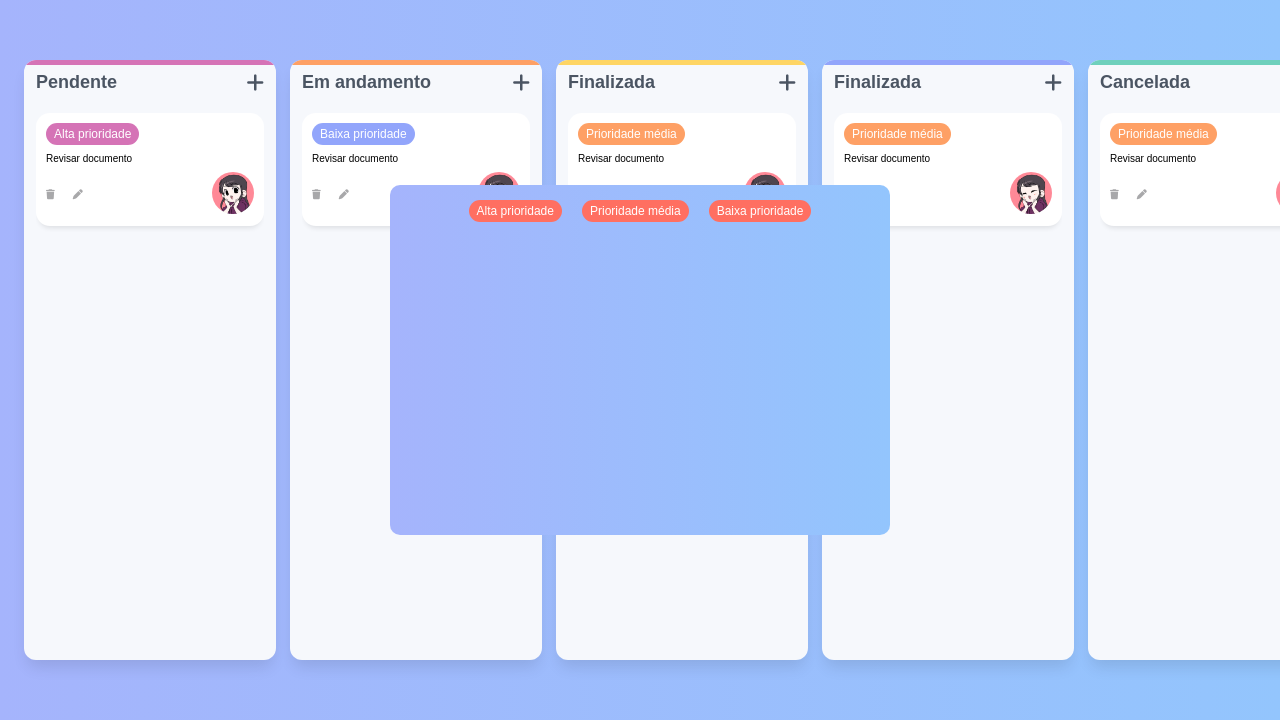
Repository: Marinalr-25/ProjetoToDoList
Page: index.html
The author's editor kept a copy of each file at every save. The page is drawn from the files as they stood at one save, then again after the next save.
The browser window is 1280 px wide. The pictures show the whole page.
Some web fonts or font styles are not loaded; a fallback is used. Some web libraries are served in a nearby version.

Above is the page before, as saved 2024-10-31 18:13:58.

### index.html
<!DOCTYPE html>
<html lang="pt-BR">
  <head>
    <meta charset="UTF-8" />
    <meta name="viewport" content="width=device-width, initial-scale=1.0" />
    <link rel="preconnect" href="https://fonts.googleapis.com" />
    <link rel="preconnect" href="https://fonts.gstatic.com" crossorigin />
    <link
      href="https://fonts.googleapis.com/css2?family=Playpen+Sans:wght@100..800&family=Roboto:ital,wght@0,100;0,300;0,400;0,500;0,700;0,900;1,100;1,300;1,400;1,500;1,700;1,900&display=swap"
      rel="stylesheet"
    />
    <link
      rel="stylesheet"
      href="https://cdnjs.cloudflare.com/ajax/libs/font-awesome/6.6.0/css/all.min.css"
      integrity="sha512-Kc323vGBEqzTmouAECnVceyQqyqdsSiqLQISBL29aUW4U/M7pSPA/gEUZQqv1cwx4OnYxTxve5UMg5GT6L4JJg=="
      crossorigin="anonymous"
      referrerpolicy="no-referrer"
    />
    <link rel="stylesheet" href="css/style.css" />
    <title>Suas tarefas</title>
  </head>
  <body>
    <main class="kanban">
      <!-- coluna 1 -->
      <div class="kanban-column" data-id="1">
        <div class="kanban-title">
          <h2>Pendente</h2>
          <button class="add-card"><i class="fa-solid fa-plus"></i></button>
        </div>
        <div class="kanban-cards">
          <div class="kanban-card" draggable="true">
            <div class="badge high">
              <span>Alta prioridade</span>
            </div>
            <p class="card-title">Revisar documento</p>
            <div class="card-infos">
              <div class="card-icons">
                <p>
                  <i class="fa-solid fa-trash"></i>
                </p>
                <p>
                  <i class="fa-solid fa-pen"></i>
                </p>
              </div>
              <div class="user">
                <img src="images/iconePerfil1.png" alt="avatar1" />
              </div>
            </div>
          </div>
        </div>
      </div>
      <!-- coluna 2 -->
      <div class="kanban-column" data-id="2">
        <div class="kanban-title">
          <h2>Em andamento</h2>
          <button class="add-card"><i class="fa-solid fa-plus"></i></button>
        </div>
        <div class="kanban-cards">
          <div class="kanban-card" draggable="true">
            <div class="badge low">
              <span>Baixa prioridade</span>
            </div>
            <p class="card-title">Revisar documento</p>
            <div class="card-infos">
              <div class="card-icons">
                <p>
                  <i class="fa-solid fa-trash"></i>
                </p>
                <p>
                  <i class="fa-solid fa-pen"></i>
                </p>
              </div>
              <div class="user">
                <img src="images/iconePerfil2.png" alt="avatar2" />
              </div>
            </div>
          </div>
        </div>
      </div>
      <!-- coluna 3 -->
      <div class="kanban-column" data-id="3">
        <div class="kanban-title">
          <h2>Finalizada</h2>
          <button class="add-card"><i class="fa-solid fa-plus"></i></button>
        </div>
        <div class="kanban-cards">
          <div class="kanban-card" draggable="true">
            <div class="badge medium">
              <span>Prioridade média</span>
            </div>
            <p class="card-title">Revisar documento</p>
            <div class="card-infos">
              <div class="card-icons">
                <p>
                  <i class="fa-solid fa-trash"></i>
                </p>
                <p>
                  <i class="fa-solid fa-pen"></i>
                </p>
              </div>
              <div class="user">
                <img src="images/iconePerfil2.png" alt="avatar2" />
              </div>
            </div>
          </div>
        </div>
      </div>
      <!-- coluna 4 -->
      <div class="kanban-column" data-id="4">
        <div class="kanban-title">
          <h2>Finalizada</h2>
          <button class="add-card"><i class="fa-solid fa-plus"></i></button>
        </div>
        <div class="kanban-cards">
          <div class="kanban-card" draggable="true">
            <div class="badge medium">
              <span>Prioridade média</span>
            </div>
            <p class="card-title">Revisar documento</p>
            <div class="card-infos">
              <div class="card-icons">
                <p>
                  <i class="fa-solid fa-trash"></i>
                </p>
                <p>
                  <i class="fa-solid fa-pen"></i>
                </p>
              </div>
              <div class="user">
                <img src="images/iconePerfil2.png" alt="avatar2" />
              </div>
            </div>
          </div>
        </div>
      </div>
      <!-- coluna 5 -->
      <div class="kanban-column" data-id="5">
        <div class="kanban-title">
          <h2>Cancelada</h2>
          <button class="add-card"><i class="fa-solid fa-plus"></i></button>
        </div>
        <div class="kanban-cards">
          <div class="kanban-card" draggable="true">
            <div class="badge medium">
              <span>Prioridade média</span>
            </div>
            <p class="card-title">Revisar documento</p>
            <div class="card-infos">
              <div class="card-icons">
                <p>
                  <i class="fa-solid fa-trash"></i>
                </p>
                <p>
                  <i class="fa-solid fa-pen"></i>
                </p>
              </div>
              <div class="user">
                <img src="images/iconePerfil2.png" alt="avatar2" />
              </div>
            </div>
          </div>
        </div>
      </div>

      <div class="adicionando">
        <div class="custom_radio">
          <input
            type="radio"
            name="prioridade"
            id="alta_prioridade"
            placeholder="Alta prioridade"
          />
          <label for="alta_prioridade">Alta prioridade</label>
        </div>
        <div class="custom_radio">
          <input
            type="radio"
            name="prioridade"
            id="media_prioridade"
            placeholder="Alta prioridade"
          />
          <label for="media_prioridade">Prioridade média </label>
        </div>
        <div class="custom_radio">
          <input
            type="radio"
            name="prioridade"
            id="baixa_prioridade"
            placeholder="Alta prioridade"
          />
          <label for="baixa_prioridade">Baixa prioridade</label>
        </div>
      </div>
    </main>
    <script src="javascript/script.js"></script>
  </body>
</html>

### css/style.css
* {
  padding: 0;
  margin: 0;
  box-sizing: border-box;
}

*::-webkit-scrollbar {
  width: 0.8rem;
}

*::-webkit-scrollbar-track {
  background-color: #eaeffa;
  border-radius: 0.8rem;
}
*::-webkit-scrollbar-thumb {
  background-color: #b7d3fb;
  border-radius: 2rem;
}

html {
  font-size: 62.5%;
}

body {
  font-family: 'Playpen Sans', sans-serif;
  min-height: 100vh;
  display: flex;
  justify-content: center;
  align-items: center;
  background: linear-gradient(90deg, #a5b4fc, #93c5fd);
}

.kanban {
  display: flex;
  gap: 1.4rem;
  padding: 2.4rem;
  width: 100%;
  height: 90vh;
  overflow-x: auto;
}

.kanban-column {
  display: flex;
  flex-direction: column;
  gap: 1.8rem;
  height: 100%;
  overflow-y: auto;
  background-color: #f6f8fc;
  border-radius: 1.2rem;
  box-shadow: 0 1rem 1.5rem -0.3rem rgba(0, 0, 0, 0.1);
  padding: 1.2rem;
  overflow: hidden;
  min-width: 25.2rem;
  position: relative;

  &::after {
    position: absolute;
    content: '';
    top: 0;
    left: 0;
    height: 0.5rem;
    width: 100%;
  }
  &[data-id='1']::after {
    background-color: #d573b6;
  }
  &[data-id='2']::after {
    background-color: #fea065;
  }
  &[data-id='3']::after {
    background-color: #fed565;
  }
  &[data-id='4']::after {
    background-color: #92a5fb;
  }
  &[data-id='5']::after {
    background-color: #6ed0bc;
  }
}

.kanban-title {
  display: flex;
  justify-content: space-between;

  & h2 {
    font-size: 1.8rem;
    color: #4b5563;
    font-weight: 600;
  }
}

.add-card {
  color: #4b5563;
  font-size: 2rem;
  background-color: transparent;
  cursor: pointer;
  border: none;
}

.kanban-cards {
  display: flex;
  flex-direction: column;
  gap: 0.8rem;
  height: 100%;
  overflow-x: hidden;
  overflow-y: auto;
}

.kanban-card {
  display: flex;
  flex-direction: column;
  gap: 0.8rem;
  background-color: #ffffff;
  padding: 1rem;
  border-radius: 1.4rem;
  box-shadow: 0 0.5rem 0.5rem -0.3rem rgba(0, 0, 0, 0.1);
  cursor: pointer;
}

.badge {
  color: #ffffff;
  width: fit-content;
  font-size: 1.2rem;
  padding: 0.4rem 0.8rem;
  border-radius: 1.2rem;

  &.high {
    background-color: #d573b6;
  }
  &.medium {
    background-color: #fea065;
  }
  &.low {
    background-color: #92a5fb;
  }
}

.dragging {
  opacity: 0.5;
}

.card-infos {
  display: flex;
  justify-content: space-between;
  align-items: center;
}
.card-icons {
  display: flex;
  gap: 1.8rem;
  & i {
    color: #a8a8aa;
  }
}

.cards-hover {
  background-color: #eaeffa;
  border-radius: 0.8rem;
}

.user img {
  width: 4.2rem;
  height: 4.2rem;
  border-radius: 100%;
  object-fit: cover;
}

.adicionando {
  display: flex;
  padding: 1rem;
  gap: 1rem;
  justify-content: center;
  position: fixed;
  top: 50%;
  left: 50%;
  transform: translate(-50%, -50%);
  width: 50rem;
  height: 35rem;
  border-radius: 1rem;
  background: linear-gradient(90deg, #a5b4fc, #93c5fd);
}

.custom_radio input[type='radio'] {
  display: none;
}

.custom_radio label {
  display: inline-block;
  margin: 0.5rem;
  cursor: pointer;
  transition: transform 0.2s ease;
  background-color: #ff6f61;
  color: #ffffff;
  width: fit-content;
  font-size: 1.2rem;
  padding: 0.4rem 0.8rem;
  border-radius: 1.2rem;
}

.custom_radio input[type='radio']:checked + label {
  box-shadow: 0 0.5rem 5px 2px rgba(0, 0, 0, 0.2);
}

#alta_prioridade:checked + label {
  background-color: #d573b6; /* Vermelho para alta prioridade */
}

#media_prioridade:checked + label {
  background-color: #fea065; /* Amarelo para média prioridade */
}

#baixa_prioridade:checked + label {
  background-color: #92a5fb; /* Verde para baixa prioridade */
}

.custom-radio input[type='radio']:checked {
  transform: scale(1.1);
}

### javascript/script.js
document.addEventListener('DOMContentLoaded', function () {
  const cards = document.querySelectorAll('.kanban-card');
  const colunas = document.querySelectorAll('.kanban-cards');
  const mais = document.querySelectorAll('.fa-solid.fa-plus');
  console.log(mais);
  let dragCard = null;

  cards.forEach((card) => {
    card.addEventListener('dragstart', (e) => {
      dragCard = card;
      e.currentTarget.classList.add('dragging');
    });
    card.addEventListener('dragend', (e) => {
      e.currentTarget.classList.remove('dragging');
      dragCard = null;
    });
  });

  colunas.forEach((coluna) => {
    coluna.addEventListener('dragover', (e) => {
      e.preventDefault();
      e.currentTarget.classList.add('cards-hover');
    });
    coluna.addEventListener('dragleave', (e) => {
      e.currentTarget.classList.remove('cards-hover');
    });
    coluna.addEventListener('drop', (e) => {
      e.preventDefault();
      e.currentTarget.classList.remove('cards-hover');
      if (dragCard) {
        e.currentTarget.appendChild(dragCard);
      }
    });
  });

  mais.forEach((adicionar) => {
    adicionar.addEventListener;
  });

  const radios = document.querySelectorAll('input[name="prioridade"]');

  radios.forEach((radio) => {
    radio.addEventListener('change', () => {
      if (radio.checked) {
        const selecionadoPrioridade = radio.nextElementSibling.textContent;
        console.log(selecionadoPrioridade);
      }
    });
  });
});

After the next save:
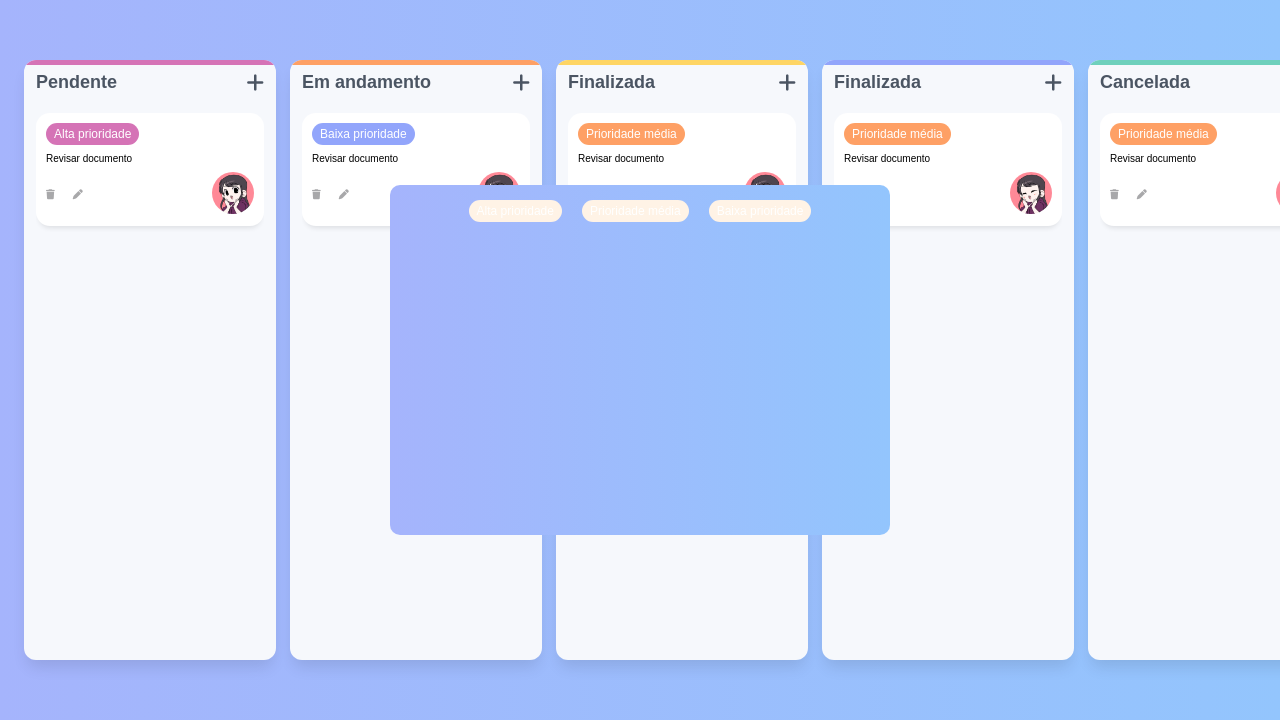
Saved 13 s later.
--- a/css/style.css
+++ b/css/style.css
@@ -188,7 +188,7 @@ body {
   margin: 0.5rem;
   cursor: pointer;
   transition: transform 0.2s ease;
-  background-color: #ff6f61;
+  background-color: #fff3e6;
   color: #ffffff;
   width: fit-content;
   font-size: 1.2rem;
